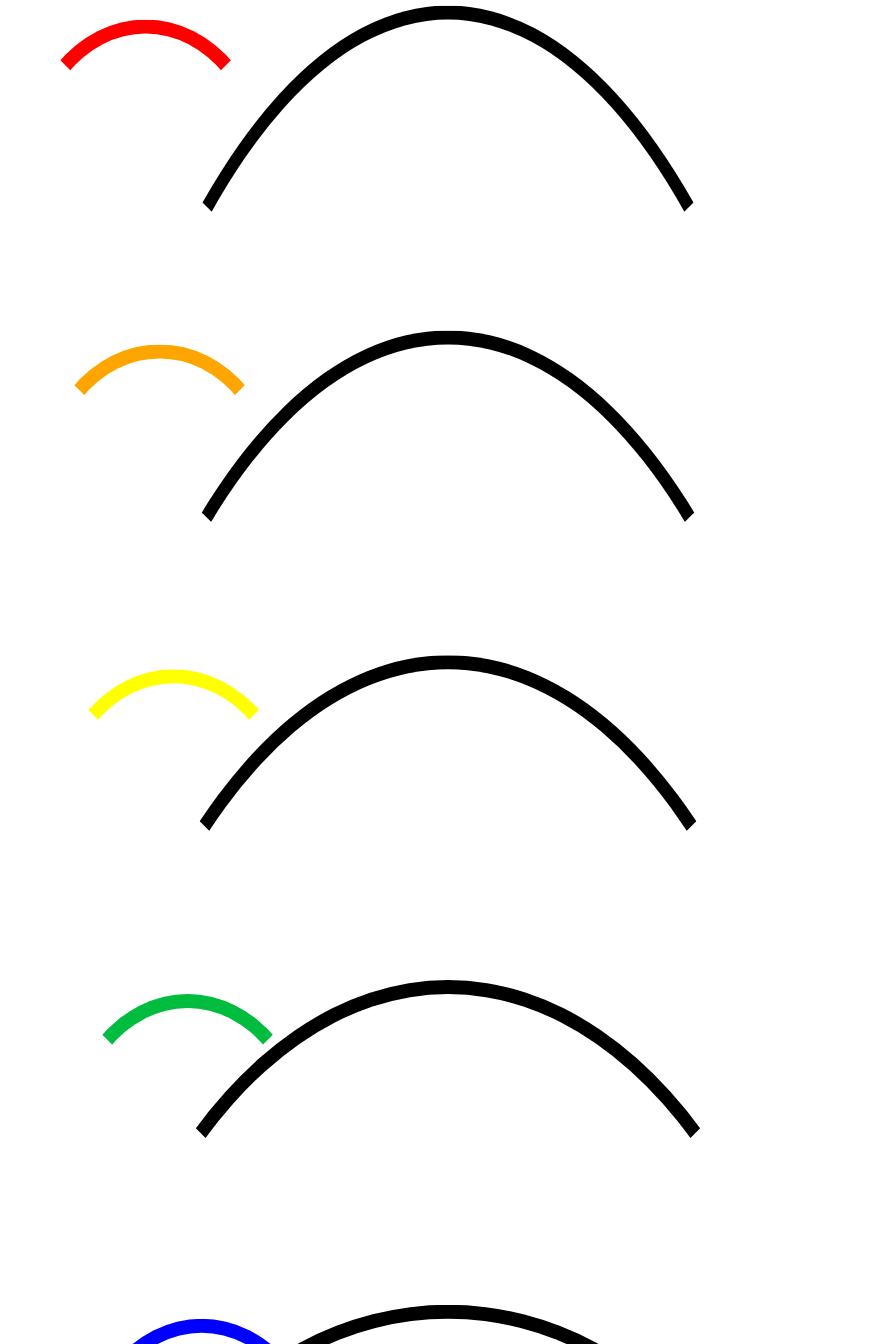
Repository: NthigaDenis/example-repository
Page: phase-0-css-rainbow-lab/index.html
The author's editor kept a copy of each file at every save. The page is drawn from the files as they stood at one save, then again after the next save.
The browser window is 1280 px wide. The pictures show the part of the page from y = 0 to 1920 px (the page is 3364 px tall), at 70% of full size.

Above is the page before, as saved 2022-08-02 11:56:49.

After the next save:
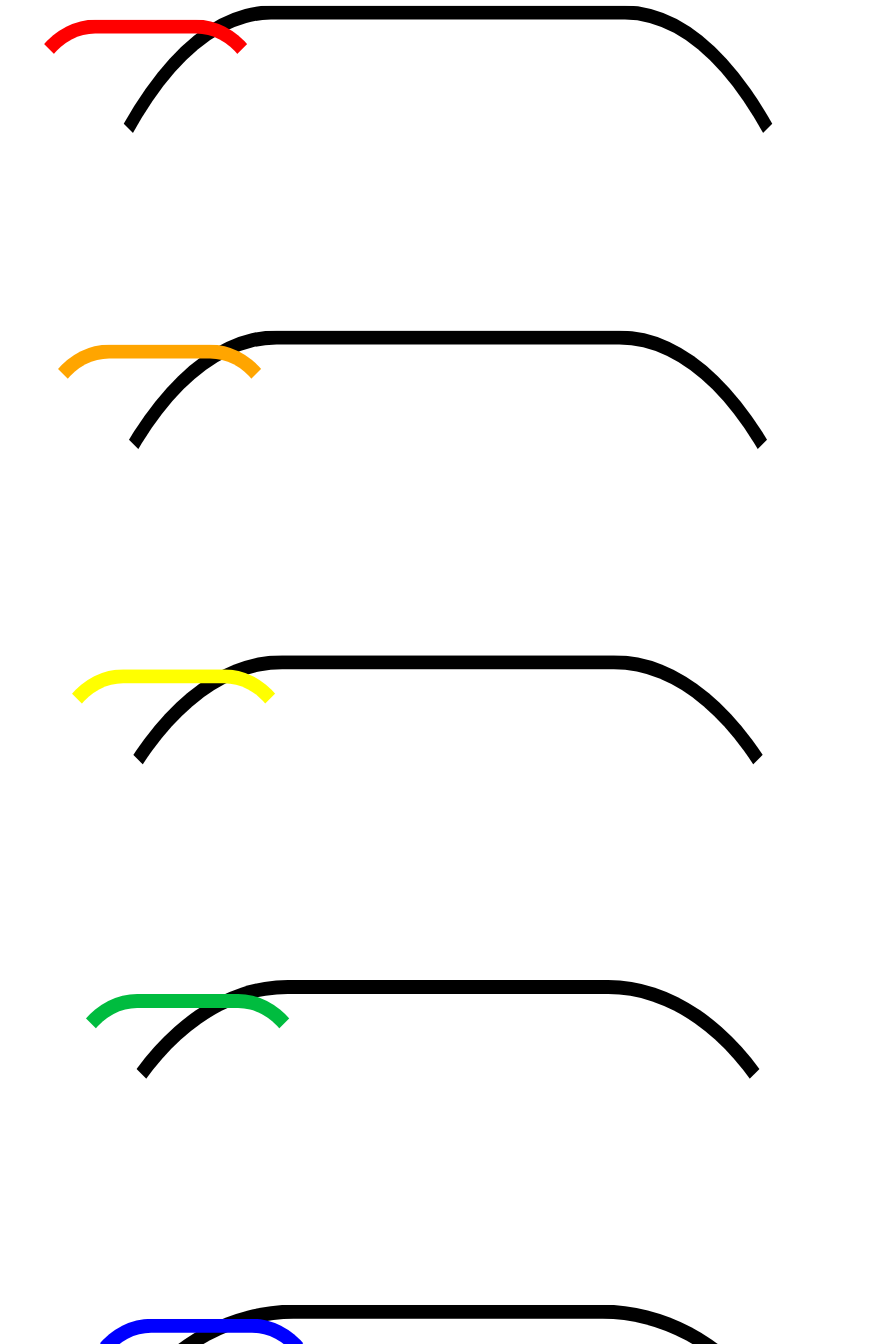
Saved 5 min 32 s later.
--- a/phase-0-css-rainbow-lab/main.css
+++ b/phase-0-css-rainbow-lab/main.css
@@ -8,7 +8,7 @@
   /* the two min styles make the shape */
   min-height: 25em;
   /* of the divs oblong*/
-  border-radius: 50%;
+  border-radius: 30%;
   /* this makes the normally square div round */
   border-left-color: transparent;
   /* these remove the color from the left side */

After the save that followed:
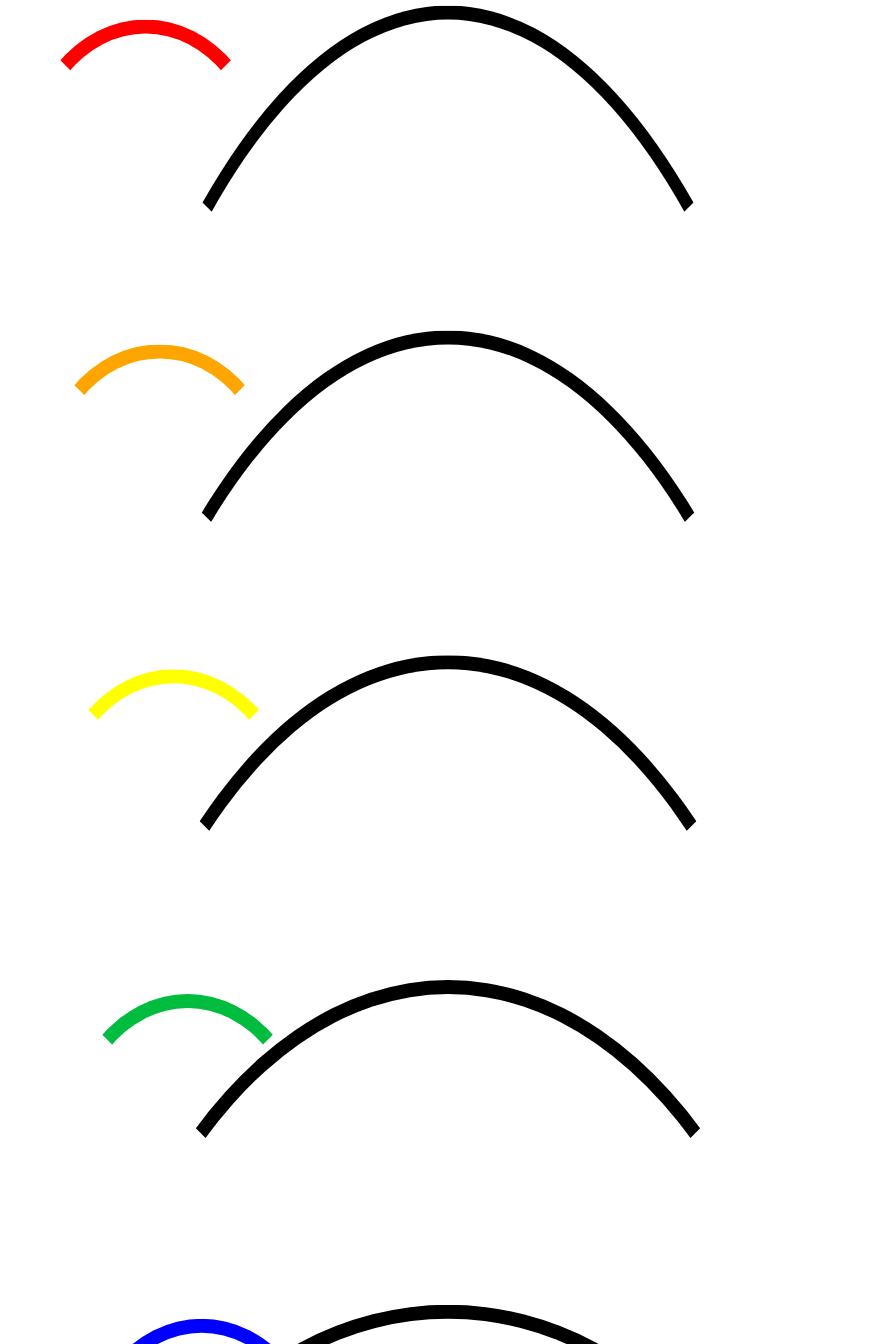
Saved 48 s later.
--- a/phase-0-css-rainbow-lab/main.css
+++ b/phase-0-css-rainbow-lab/main.css
@@ -8,7 +8,7 @@
   /* the two min styles make the shape */
   min-height: 25em;
   /* of the divs oblong*/
-  border-radius: 30%;
+  border-radius: 50%;
   /* this makes the normally square div round */
   border-left-color: transparent;
   /* these remove the color from the left side */
